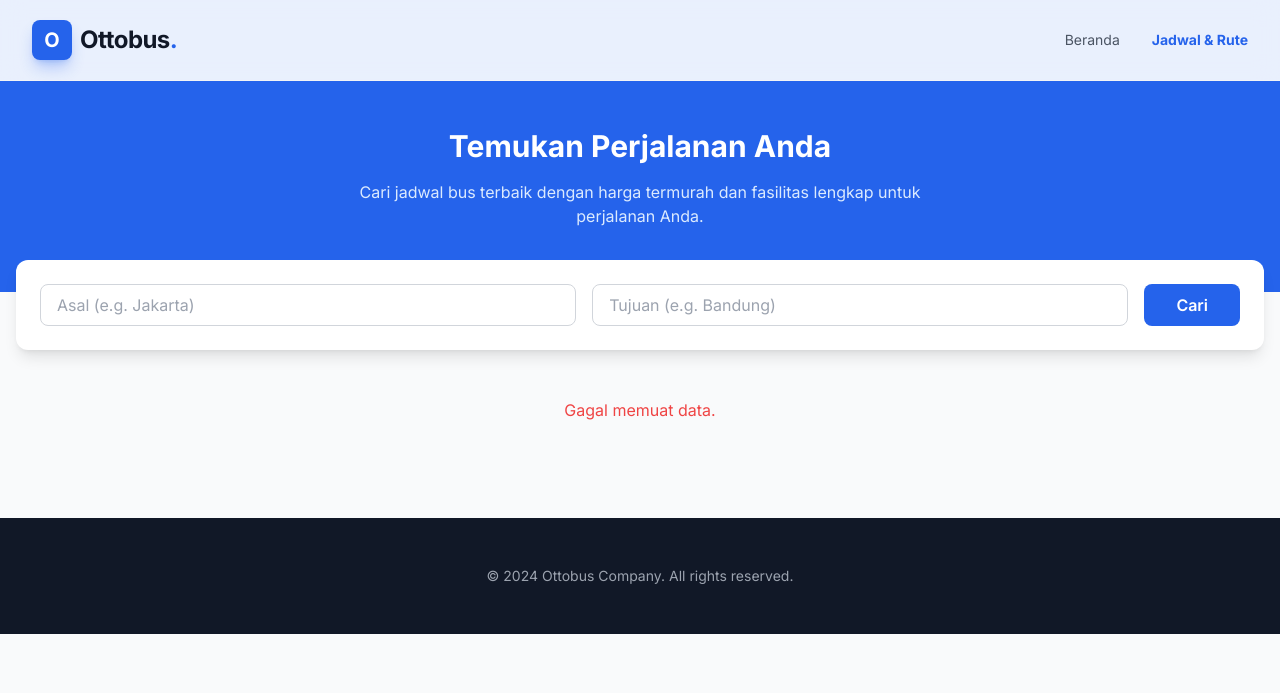
Repository: kikyrestu/UAS-Frontend-Backend-SMT3-Kiky-Restu-Noviansyah-1123102110
Page: buses.html
An editor plug-in stored every save of this project. The page is shown before and after the next save, followed by the edit.
The browser window is 1280 px wide. The pictures show the whole page.
The page's requests for data from a server got no answer. Some web libraries are served in a nearby version.

Above is the page before, as saved 2026-01-21 11:15:28.

After the next save:
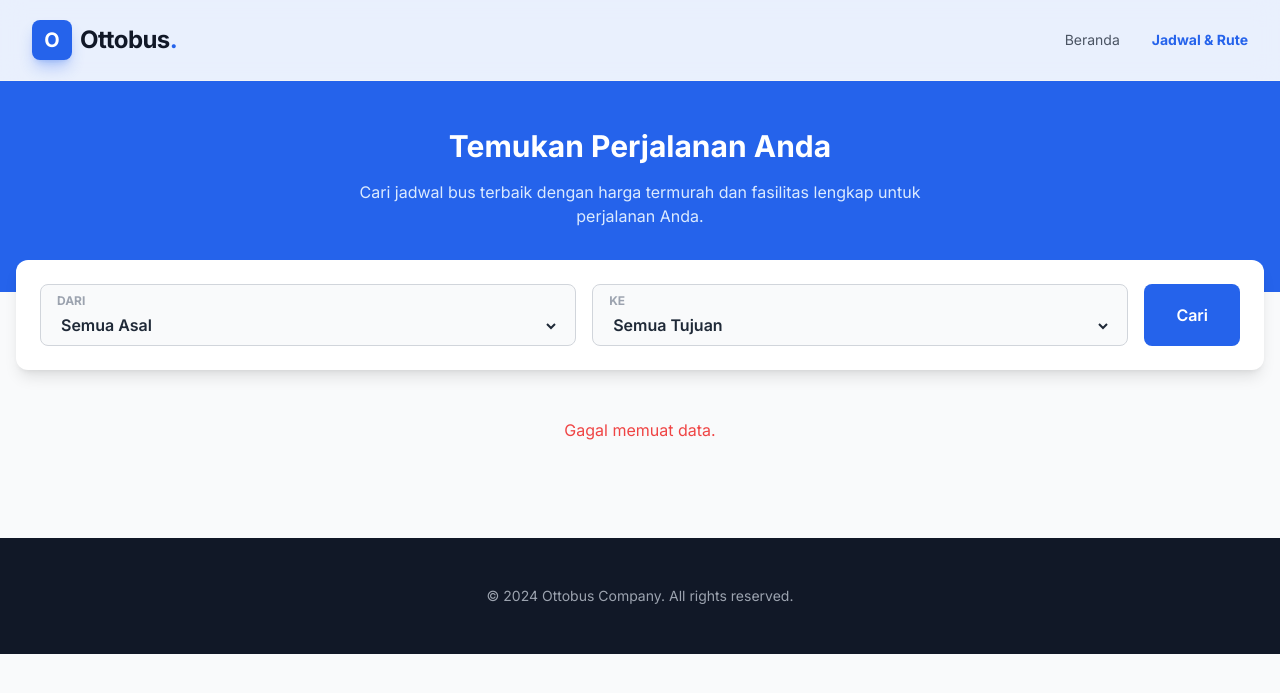
Saved 38 s later.
--- a/buses.html
+++ b/buses.html
@@ -45,10 +45,20 @@
     <!-- Filter Section (Simple) -->
     <div class="max-w-7xl mx-auto px-4 -mt-8 relative z-10 mb-12">
         <div class="bg-white p-6 rounded-xl shadow-lg flex flex-col md:flex-row gap-4">
-            <input type="text" id="search-origin" placeholder="Asal (e.g. Jakarta)"
-                class="flex-1 border border-gray-300 rounded-lg px-4 py-2 focus:ring-2 focus:ring-blue-500 outline-none">
-            <input type="text" id="search-dest" placeholder="Tujuan (e.g. Bandung)"
-                class="flex-1 border border-gray-300 rounded-lg px-4 py-2 focus:ring-2 focus:ring-blue-500 outline-none">
+            <div
+                class="flex-1 bg-gray-50 border border-gray-300 rounded-lg px-4 py-2 focus-within:ring-2 focus-within:ring-blue-500 relative">
+                <label class="block text-xs text-gray-400 font-bold uppercase mb-1">Dari</label>
+                <select id="search-origin" class="w-full bg-transparent outline-none font-semibold text-gray-800">
+                    <option value="">Semua Asal</option>
+                </select>
+            </div>
+            <div
+                class="flex-1 bg-gray-50 border border-gray-300 rounded-lg px-4 py-2 focus-within:ring-2 focus-within:ring-blue-500 relative">
+                <label class="block text-xs text-gray-400 font-bold uppercase mb-1">Ke</label>
+                <select id="search-dest" class="w-full bg-transparent outline-none font-semibold text-gray-800">
+                    <option value="">Semua Tujuan</option>
+                </select>
+            </div>
             <button id="search-btn"
                 class="bg-blue-600 text-white px-8 py-2 rounded-lg font-semibold hover:bg-blue-700 transition">Cari</button>
         </div>
@@ -123,6 +133,15 @@
                 const busType = route.category || 'Executive Class';
                 const seats = route.seat_capacity || 30;
 
+                // Company Badge
+                const companyBadge = `
+                    <div class="absolute top-4 right-4 bg-white/95 backdrop-blur-sm px-3 py-1.5 rounded-full shadow-md z-20 flex items-center gap-2 border border-blue-50">
+                       <img src="${route.company_logo || 'https://via.placeholder.com/24?text=' + route.company_name?.charAt(0)}"
+                             class="w-5 h-5 rounded-full object-cover shadow-sm" alt="Logo">
+                       <span class="text-xs font-bold text-gray-800 tracking-tight">${route.company_name || 'Partner Resmi'}</span>
+                    </div>
+                `;
+
                 let headerContent = '';
                 if (route.image_url) {
                     headerContent = `
@@ -130,10 +149,12 @@
                                 <img src="${route.image_url}" class="w-full h-full object-cover transition-transform duration-500 group-hover:scale-110" alt="${busType}">
                                 <div class="absolute inset-0 bg-gradient-to-t from-black/80 via-black/40 to-transparent"></div>
                             </div>
+                            ${companyBadge}
                         `;
                 } else {
                     headerContent = `
                             <div class="absolute inset-0 bg-gradient-to-br from-blue-600 to-indigo-700 opacity-90"></div>
+                            ${companyBadge}
                         `;
                 }
 
